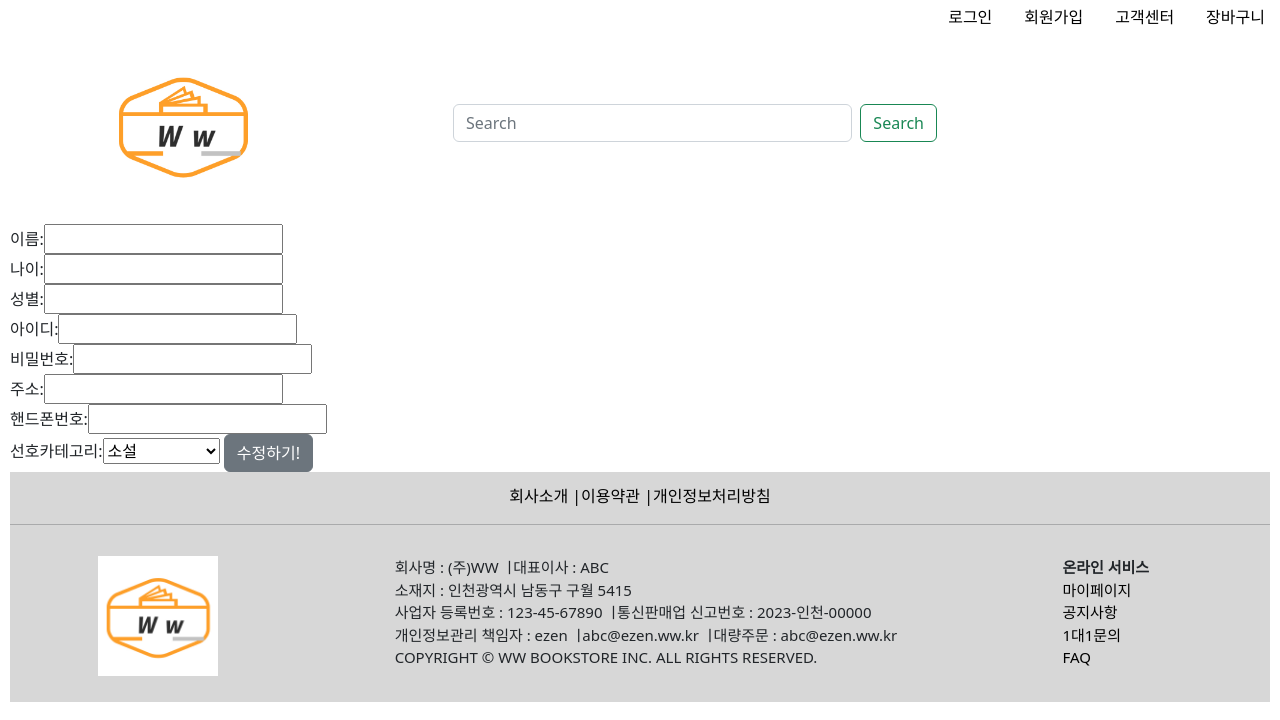
Repository: leehyeonung/project6
Page: http://localhost/book/WEB-INF/views/member/modify.jsp
An editor plug-in stored every save of this project. The page is shown before and after the next save, followed by the edit.
The browser window is 1280 px wide. The pictures show the whole page.
The page is served by Tomcat 9. Nobody is signed in. Other server files are loaded and not shown. The template is opened directly, without the code that normally fills it, so the values that code supplies are empty.

Above is the page before, as saved 2023-01-07 07:36:52.

### book/src/main/webapp/WEB-INF/views/member/modify.jsp
<%@ page language="java" contentType="text/html; charset=UTF-8"
    pageEncoding="UTF-8"%>
<!DOCTYPE html>
<html>
<head>
<meta charset="UTF-8">
<title>수정페이지</title>
<link rel="stylesheet" type="text/css" href="/resources/css/main.css">
</head>
<body>
<jsp:include page="../layout/header.jsp"></jsp:include>
<div class="main">
	<form action="/mem/modify" method="post">
		<input type="text" name="mem_num" value="${ses.mem_num}" hidden ><br>
		이름:<input type="text" name="mem_name" value="${ses.mem_name}" readonly ><br>
		나이:<input type="text" name="mem_age" value="${ses.mem_age}" readonly ><br>
		성별:<input type="text" name="mem_gender" value="${ses.mem_gender}" readonly ><br>
		아이디:<input type="text" name="mem_id" value="${ses.mem_id}" readonly ><br>
		비밀번호:<input type="password" name="mem_pw" value="" required ><br>
		주소:<input type="text" name="mem_ad" value="${ses.mem_ad}" ><br>
		핸드폰번호:<input type="text" name="mem_cell_num" value="${ses.mem_cell_num}" ><br>
		선호카테고리:<select name="mno_cno">
			<option value="novel">소설</option>
			<option value="에쎼이">에쎼이</option>
			<option value="건강/취미">건강/취미</option>
			<option value="컴퓨터/모바일">컴퓨터/모바일</option>
			</select>

		<button type="submit" class="btn btn-secondary">수정하기!</button>
	</form>
</div>
<jsp:include page="../layout/footer.jsp"></jsp:include>
</body>
</html>

### book/src/main/webapp/WEB-INF/views/layout/header.jsp
<%@ page language="java" contentType="text/html; charset=UTF-8"
    pageEncoding="UTF-8"%>
<%@ taglib uri="http://java.sun.com/jsp/jstl/core" prefix="c"%>
<!DOCTYPE html>
<html>
<head>
<meta charset="UTF-8">
<title>Insert title here</title>
<!-- CSS only -->
<link href="https://cdn.jsdelivr.net/npm/bootstrap@5.2.2/dist/css/bootstrap.min.css"
rel="stylesheet" integrity="sha384-Zenh87qX5JnK2Jl0vWa8Ck2rdkQ2Bzep5IDxbcnCeuOxjzrPF/et3URy9Bv1WTRi"
crossorigin="anonymous">
<link rel="stylesheet" type="text/css" href="/resources/css/header.css">
</head>
<body>
<div class="header">
    <div class="menu">
        <c:if test="${ses.mem_id ==null}">
        <ul><a href="/mem/loginPage">로그인</a></ul>
        <ul><a href="/mem/joinPage">회원가입</a></ul>
        </c:if>
        <c:if test="${ses.mem_id == 'admin' }">
        <ul><a href="/mem/logOut">로그아웃</a></ul>
        <ul><a href="/mem/adminpage">관리인페이지</a></ul>
        </c:if>
        <c:if test="${ses.mem_id !=null && ses.mem_id !='admin' }">
        <ul><a href="/mem/logOut">로그아웃</a></ul>
        <ul><a href="/mem/mypage">마이페이지</a></ul>
        </c:if>
        <ul><a href="#">고객센터</a></ul>
        <ul><a href="#">장바구니</a></ul>
    </div>
    <div class="bar">
       <div class="logo">
         <a href="/"><img src="/resources/image/logo.jpg" alt="로고"></a>
       </div>
         <div class="searchBar">
            <form class="d-flex" role="search">
                 <input class="form-control me-2" type="search" placeholder="Search" aria-label="Search">
                 <button class="btn btn-outline-success" type="submit">Search</button>
              </form>
         </div>
       <div class="icons">
         <a href=""><i class="fa-solid fa-cart-shopping"></i></a>
            <a href=""><i class="fa-solid fa-user"></i></a>
       </div>
    </div>
</div>
</body>
</html>

### book/src/main/webapp/WEB-INF/views/layout/footer.jsp
<%@ page language="java" contentType="text/html; charset=UTF-8"
   pageEncoding="UTF-8"%>
<!DOCTYPE html>
<html>
<head>
<meta charset="UTF-8">
<title>Insert title here</title>
<link rel="stylesheet" type="text/css" href="/resources/css/footer.css">

</head>

<body>
   <div class="footer">
      <div class="footer-top">
         <ul>
            <li><a href="/introduce">회사소개 | </a></li>
            <li><a href="">이용약관 | </a></li>
            <li><a href="">개인정보처리방침</a></li>
         </ul>
      </div>
      <hr>
      <div class="address">
         <div class="footer-logo">
            <img src="/resources/image/logo.jpg" alt="로고">
         </div>
         <div class="address-box">
            <ul>
               <li>회사명 : (주)WW <span style="margin-right: -7px;">ㅣ</span>
                  대표이사 : ABC
               </li>

               <li>소재지 : 인천광역시 남동구 구월 5415</li>
               <li>사업자 등록번호 : 123-45-67890 <span style="margin-right: -7px;">ㅣ</span>
                  통신판매업 신고번호 : 2023-인천-00000
               </li>

               <li>개인정보관리 책임자 : ezen <span style="margin-right: -7px;">ㅣ</span>
                  abc@ezen.ww.kr <span style="margin-right: -7px;">ㅣ</span> 대량주문 :
                  abc@ezen.ww.kr
               </li>

               <li>COPYRIGHT © WW BOOKSTORE INC. ALL RIGHTS RESERVED.</li>

            </ul>

         </div>
         <div class="online-serviceBar">
            <strong>온라인 서비스</strong>
            <ul>
               <li><a href="">마이페이지</a></li>
               <li><a href="">공지사항</a></li>
               <li><a href="">1대1문의</a></li>
               <li><a href="">FAQ</a></li>
            </ul>
         </div>
      </div>
   </div>

</body>
</html>

### book/src/main/webapp/resources/css/main.css
@charset "UTF-8";

.main{
	width:1260px;
	margin: 0 auto;
}

### book/src/main/webapp/resources/css/header.css
body{
    margin:0 auto;
}
.header{
	margin:0 auto;
    width: 1260px;
    height: 200px;
   /*  background-color: pink; */
}
.menu{
   display: flex;
   justify-content: flex-end;
   padding:5px;

}
.logo{
    width: 150px;
    height: 150px;
    background-color: blue;
}
.logo>a>img{
    width: 150px;
    height: 150px;
}
.searchBar{
   /* position:absolute; */
    width: 484px;
    height: 42px;
    /* background-color: gold; */
    margin-top:54px;
    border-radius: 30px;

}
.bar{

   height: 150px;
   display: flex;
   flex-direction: row;
   flex-wrap:nowrap;
   justify-content:space-around;
/*    align-items: baseline; */


}
i{
    font-size: 42px;
    color: black;
    margin-top:54px;
    margin-right: 20px;
}
</style>

### book/src/main/webapp/resources/css/footer.css
.footer {
   width: 1260px;
   height: 230px;
   background-color: rgba(175, 175, 175, 0.5);
   margin: 0 auto;
}

.footer-logo {

   width: 120px;
   height: 120px;
   background-color: beige;
}
.footer-logo>img{
   width: 120px;
   height: 120px;
}

.address-box {
   text-align: left;
   padding: 0;
   margin: 0;
}

.address {
   padding: 15px;
   height: 150px;
   display: flex;
   font-size: 15px;
   /* align-items: baseline; */
   flex-direction: row;
   flex-wrap: nowrap;
   justify-content: space-around;
}

ul {
   list-style: none;
}

.footer, .address li {

}

.footer-top {
   text-align: center;
   padding-top: 12px;
}

.footer-top>ul {
   margin: 0;
   padding: 0;
   display: flex;
   justify-content: center;
}

.footer-top>li {
   margin: 0;
   padding: 0;
}

a {
   text-decoration-line: none;
   color: black;
}

a:visited {
   text-decoration: none;
}

a:hover {
   text-decoration: none;
}

a:focus {
   text-decoration: none;
}

a:hover, a:active {
   text-decoration: none;
}

.online-serviceBar {
   padding: 0px;
   margin-left: 20px;
   width: 120px;
   height: 120px;
}

.online-serviceBar>ul {
   margin: 0px;
   padding: 0px;
}

</style>

After the next save:
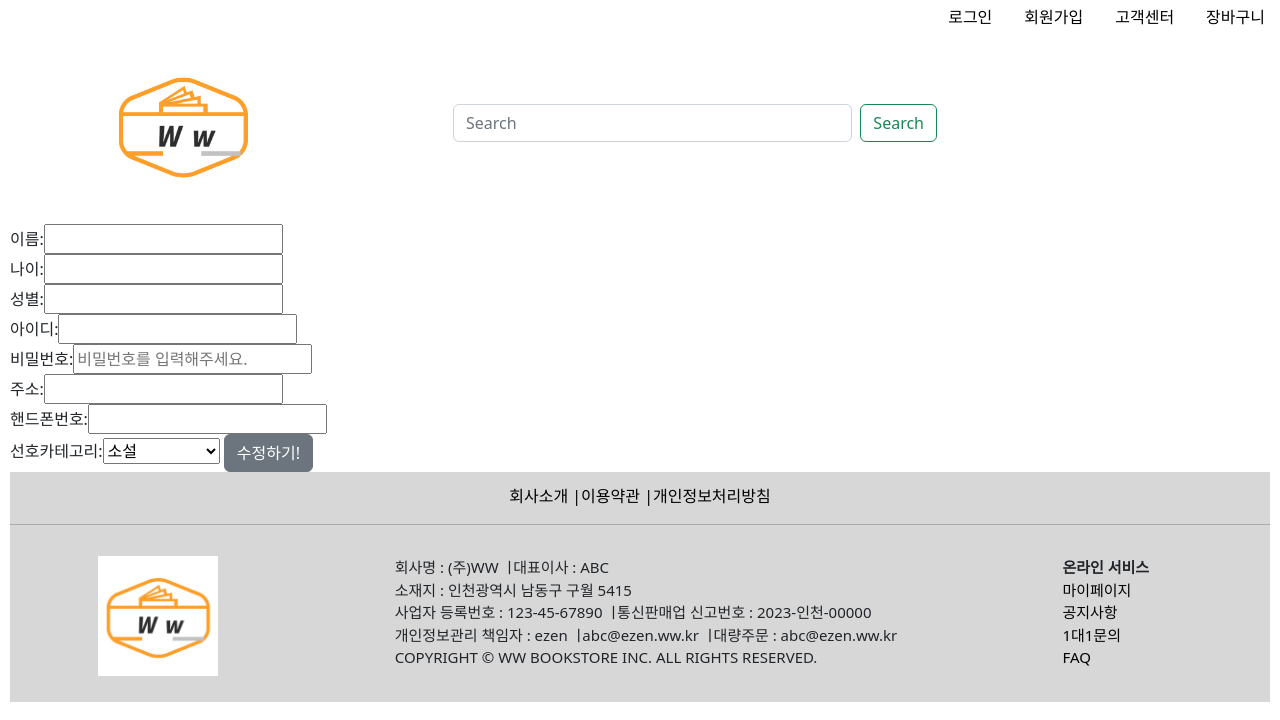
Saved 92 s later.
--- a/book/src/main/webapp/WEB-INF/views/member/modify.jsp
+++ b/book/src/main/webapp/WEB-INF/views/member/modify.jsp
@@ -16,7 +16,7 @@
 		나이:<input type="text" name="mem_age" value="${ses.mem_age}" readonly ><br>
 		성별:<input type="text" name="mem_gender" value="${ses.mem_gender}" readonly ><br>
 		아이디:<input type="text" name="mem_id" value="${ses.mem_id}" readonly ><br>
-		비밀번호:<input type="password" name="mem_pw" value="" required ><br>
+		비밀번호:<input type="password" name="mem_pw" placeholder="비밀번호를 입력해주세요." required ><br>
 		주소:<input type="text" name="mem_ad" value="${ses.mem_ad}" ><br>
 		핸드폰번호:<input type="text" name="mem_cell_num" value="${ses.mem_cell_num}" ><br>
 		선호카테고리:<select name="mno_cno">
